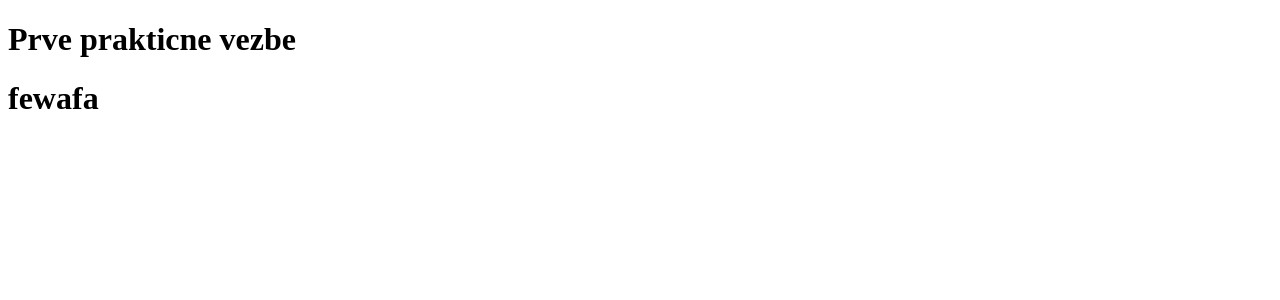
Repository: bojanludajic/Razvoj-Informacionih-Sistema
Page: Vezbe1/src/main/webapp/index.html
An editor plug-in stored every save of this project. The page is shown before and after a run of saves, followed by the edit.
The browser window is 1280 px wide. The pictures show the whole page.

Above is the page before, as saved 2024-10-22 11:26:08.

After the next 2 saves:
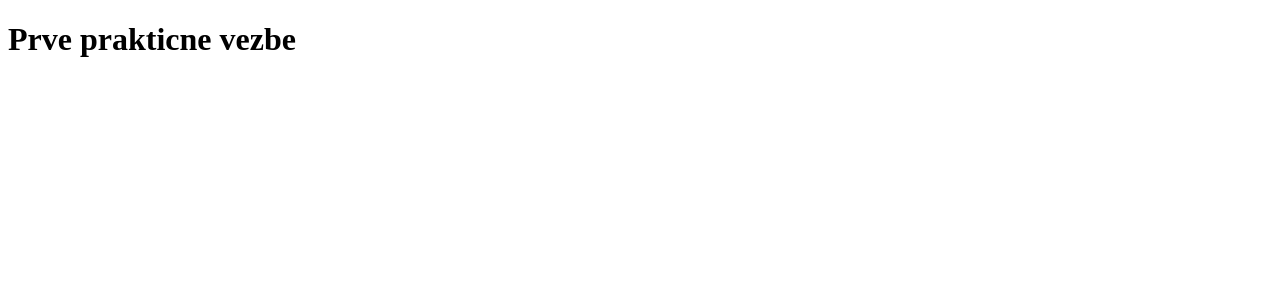
The 2 saves are shown as one change because they came seconds apart.
The last was saved 9 s later.
--- a/Vezbe1/src/main/webapp/index.html
+++ b/Vezbe1/src/main/webapp/index.html
@@ -6,6 +6,6 @@
 </head>
 <body>
 <h1>Prve prakticne vezbe</h1>
-<h1>fewafa</h1>
+
 </body>
 </html>
